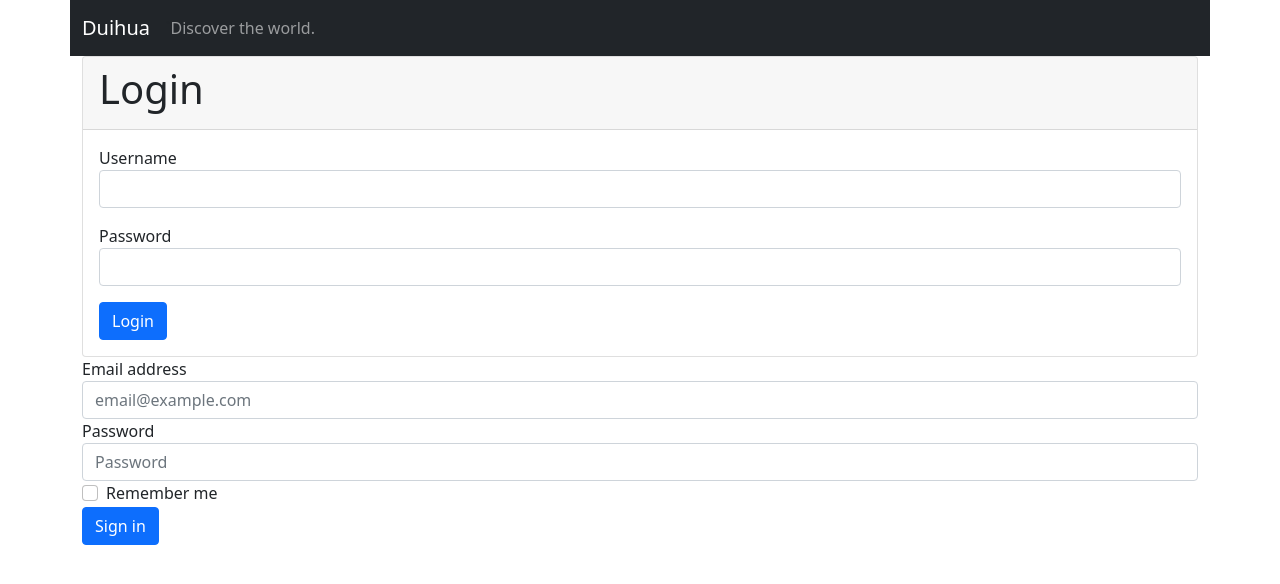
Repository: Norgalador/DuiHuaApp
Page: http://localhost/DuiHua/WEB-INF/loginPage.jsp
These files come from the project's save history. The page is drawn as it stood at one moment and after the next save; the edit follows.
The browser window is 1280 px wide. The pictures show the whole page.
The page is served by Tomcat 9. Nobody is signed in. Other server files are loaded and not shown. The template is opened directly, without the code that normally fills it, so the values that code supplies are empty.

Above is the page before, as saved 2022-08-15 05:09:40.

### DuiHua/src/main/webapp/WEB-INF/loginPage.jsp
<%@ page language="java" contentType="text/html; charset=UTF-8"
	pageEncoding="UTF-8"%>
<%@ taglib prefix="c" uri="http://java.sun.com/jsp/jstl/core"%>
<!DOCTYPE html PUBLIC "-//W3C//DTD HTML 4.01 Transitional//EN" "http://www.w3.org/TR/html4/loose.dtd">
<html>
<head>
<meta http-equiv="Content-Type" content="text/html; charset=UTF-8">
<link
	href="https://cdn.jsdelivr.net/npm/bootstrap@5.0.2/dist/css/bootstrap.min.css"
	rel="stylesheet"
	integrity="sha384-EVSTQN3/azprG1Anm3QDgpJLIm9Nao0Yz1ztcQTwFspd3yD65VohhpuuCOmLASjC"
	crossorigin="anonymous">
<title>Login Page</title>
</head>
<body>
	<div class="container">
		<div class="row">
			<nav class="navbar navbar-expand-lg navbar-dark bg-dark"> <a
				class="navbar-brand" href="#">Duihua</a> `<span class="navbar-text">
				Discover the world. </span> </nav>
		</div>
		<div class="card">
			<div class="card-header">
				<c:if test="${logoutMessage != null}">
					<c:out value="${logoutMessage}"></c:out>
				</c:if>
				<h1>Login</h1>
				<c:if test="${errorMessage != null}">
					<c:out value="${errorMessage}"></c:out>
				</c:if>
			</div>
			<form class="card-body" method="POST" action="/login">
				<p class="form-group">
					<label for="username">Username</label> <input type="text"
						class="form-control" id="username" name="username" />
				</p>
				<p class="form-group">
					<label for="password">Password</label> <input type="password"
						class="form-control" id="password" name="password" />
				</p>
				<input type="hidden" name="${_csrf.parameterName}"
					value="${_csrf.token}" /> <input class="btn btn-primary"
					type="submit" value="Login" />
			</form>
		</div>

		<div class="form-group">
			<label for="exampleDropdownFormEmail1">Email address</label> <input
				type="email" class="form-control" id="exampleDropdownFormEmail1"
				placeholder="email@example.com">
		</div>
		<div class="form-group">
			<label for="exampleDropdownFormPassword1">Password</label> <input
				type="password" class="form-control"
				id="exampleDropdownFormPassword1" placeholder="Password">
		</div>
		<div class="form-check">
			<input type="checkbox" class="form-check-input" id="dropdownCheck">
			<label class="form-check-label" for="dropdownCheck"> Remember
				me </label>
		</div>
		<button type="submit" class="btn btn-primary">Sign in</button>
		</form>

		<script
			src="https://cdn.jsdelivr.net/npm/bootstrap@5.0.2/dist/js/bootstrap.bundle.min.js"
			integrity="sha384-MrcW6ZMFYlzcLA8Nl+NtUVF0sA7MsXsP1UyJoMp4YLEuNSfAP+JcXn/tWtIaxVXM"
			crossorigin="anonymous"></script>
	</div>
</body>
</html>

After the next save:
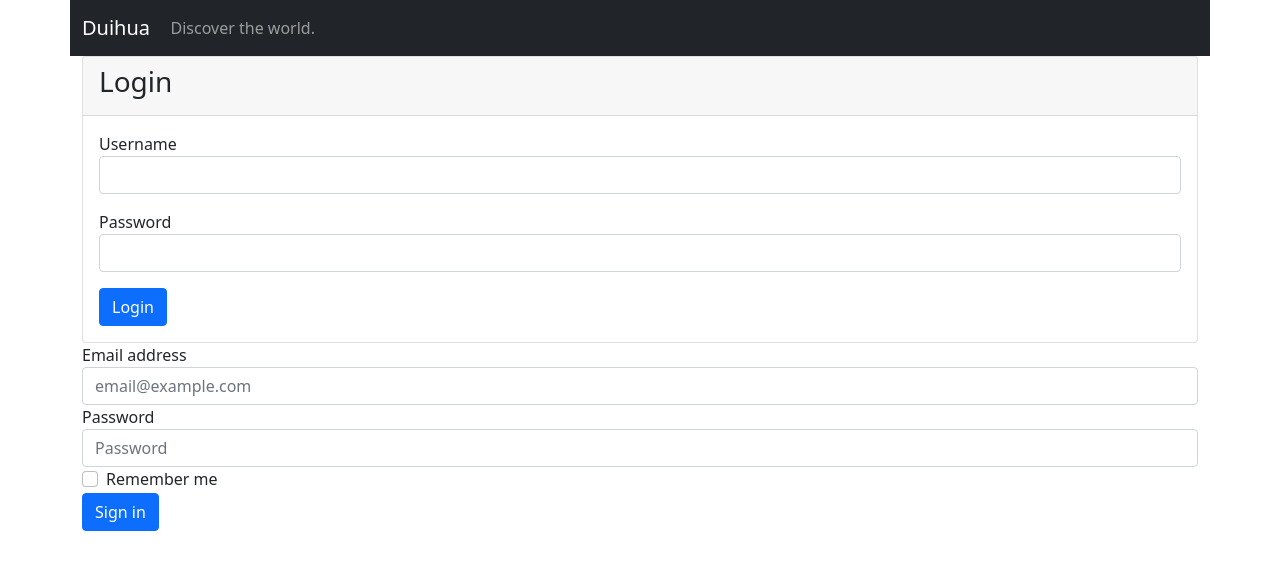
Saved 22 s later.
--- a/DuiHua/src/main/webapp/WEB-INF/loginPage.jsp
+++ b/DuiHua/src/main/webapp/WEB-INF/loginPage.jsp
@@ -24,7 +24,7 @@
 				<c:if test="${logoutMessage != null}">
 					<c:out value="${logoutMessage}"></c:out>
 				</c:if>
-				<h1>Login</h1>
+				<h3>Login</h3>
 				<c:if test="${errorMessage != null}">
 					<c:out value="${errorMessage}"></c:out>
 				</c:if>
